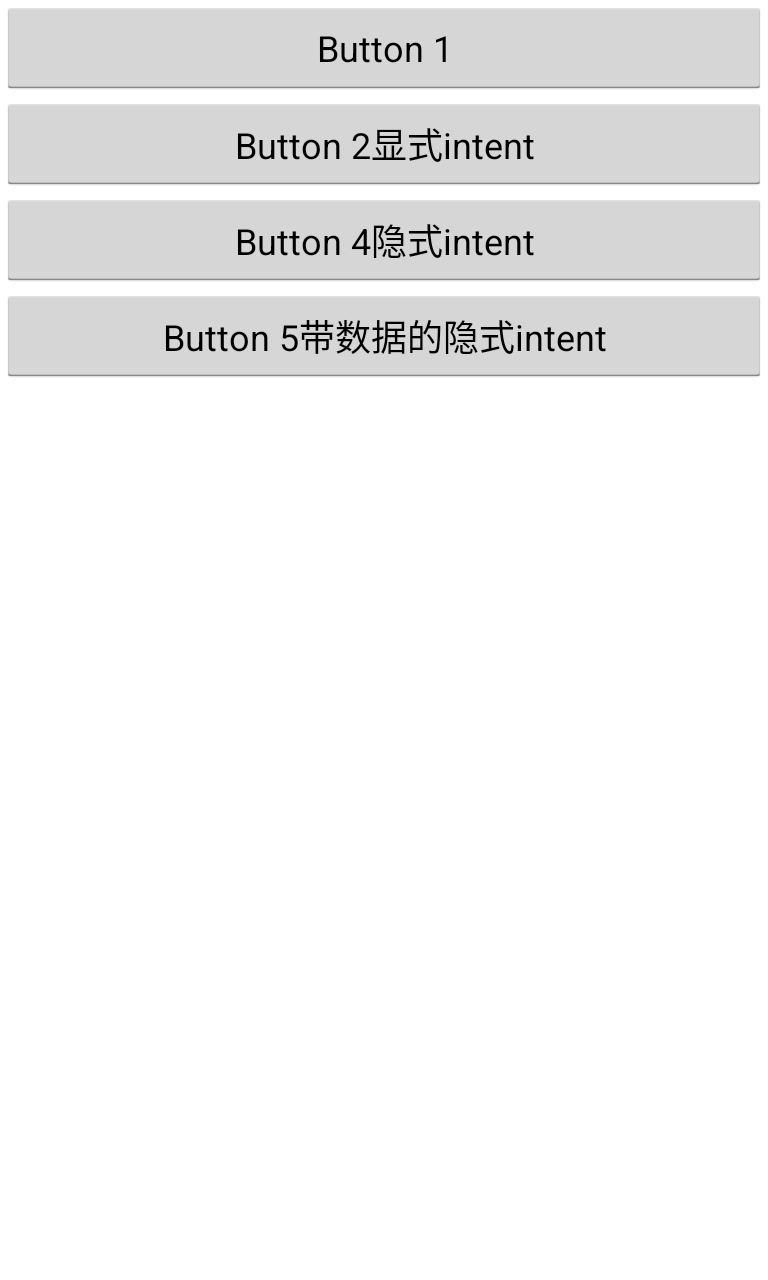
Repository: liujianpc/AndroidStudy
Layout: TestOptionMenue/res/layout/main_activity.xml
An editor plug-in stored every save of this project. The layout is shown before and after the next save, followed by the edit.
It is drawn on a 768 x 1280 px phone screen (xhdpi) without system bars, with theme AppTheme; the app's code is not run.

Above is the layout before, as saved 2016-07-09 11:49:54.

### TestOptionMenue/res/layout/main_activity.xml
<?xml version="1.0" encoding="utf-8"?>
<LinearLayout xmlns:android="http://schemas.android.com/apk/res/android"
    android:layout_width="match_parent"
    android:layout_height="match_parent"
    android:orientation="vertical" >

	<Button
	    android:id="@+id/button_1"
	    android:layout_width="match_parent"
	    android:layout_height="wrap_content"
	    android:text="@string/Button_1"
	    />
	<Button
	    android:id="@+id/button_2"
	    android:layout_width="match_parent"
	    android:layout_height="wrap_content"
	    android:text="@string/Button_2"
	    />
	<Button
	    android:id="@+id/button_4"
	    android:layout_width="match_parent"
	    android:layout_height="wrap_content"
	    android:text="@string/Button_4"
	    />
	<Button
	    android:id="@+id/button_5"
	    android:layout_width="match_parent"
	    android:layout_height="wrap_content"
	    android:text="@string/Button_5"
	    />
</LinearLayout>

### TestOptionMenue/res/values/strings.xml
<?xml version="1.0" encoding="utf-8"?>
<resources>

    <string name="app_name">TestOptionMenue</string>
    <string name="ADD">add item</string>
    <string name="REMOVE">remove item</string>
    <string name="second_activity">second Activity</string>
    <string name="title_activity_test_menu">TestMenuActivity</string>
    <string name="hello_world">此activity由带数据的隐式intent打开</string>
    <string name="action_settings">Settings</string>
    <string name="Button_1">Button 1</string>
    <string name="Button_2">Button 2显式intent</string>
    <string name="Button_3">Button 3</string>
    <string name="Button_4">Button 4隐式intent</string>
    <string name="Button_5">Button 5带数据的隐式intent</string>
    <string name="Button_6">Button 6触发拨打电话</string>
    <string name="title_activity_third">ThirdActivity</string>

</resources>

Loaded but not shown: TestOptionMenue/res/values/styles.xml (common file); TestOptionMenue/res/values-v11/styles.xml (common file); TestOptionMenue/res/values-v14/styles.xml (common file)

After the next save:
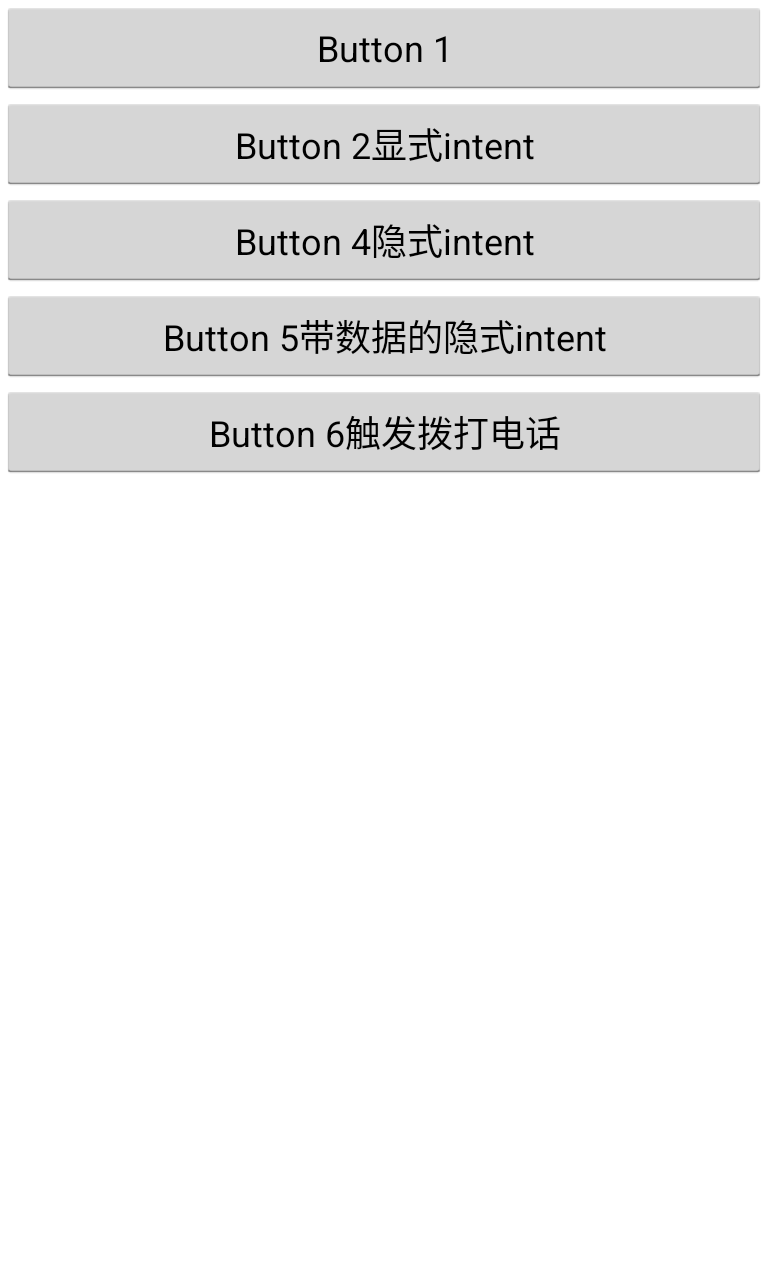
Saved 37 s later.
--- a/TestOptionMenue/res/layout/main_activity.xml
+++ b/TestOptionMenue/res/layout/main_activity.xml
@@ -28,4 +28,10 @@
 	    android:layout_height="wrap_content"
 	    android:text="@string/Button_5"
 	    />
+	<Button
+	    android:id="@+id/button_6"
+	    android:layout_width="match_parent"
+	    android:layout_height="wrap_content"
+	    android:text="@string/Button_6"
+	    />
 </LinearLayout>
